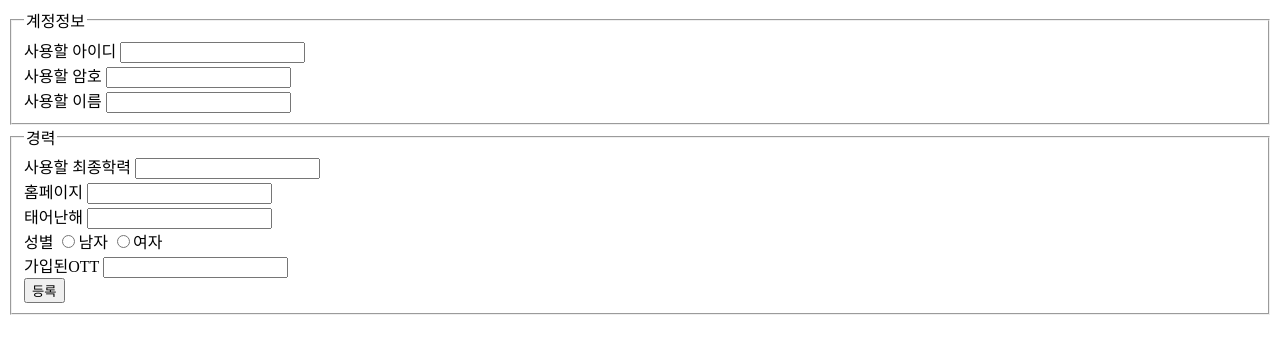
Repository: ybshim90/sesac1
Page: day_20211217_01_web/src/main/webapp/regist.html
The author's editor kept a copy of each file at every save. The page is drawn from the files as they stood at one save, then again after the next save.
The browser window is 1280 px wide. The pictures show the whole page.

Above is the page before, as saved 2021-12-17 05:40:13.

### day_20211217_01_web/src/main/webapp/regist.html
<!DOCTYPE html>
<html>
	<head>
		<meta charset="UTF-8">
		<title>Insert title here</title>
	</head>
	<body>
		<form action="jsp/form1.jsp" method="post">
			<fieldset>
				<legend>계정정보</legend>
				<label> 사용할 아이디
					<input type="text" name="memid">
				</label><br>

				<label for="id_pw">사용할 암호</label>
				<input type="password" name="mempw" id="id_pw"><br>

				사용할 이름
				<input type="text" name="memname"><br>

			</fieldset>

			<fieldset>
				<legend>경력</legend>

				<label>사용할 최종학력
					<input type="search" name="keyword">
				</label><br>

				<label>홈페이지
					<input type="url" name="homepage">
				</label><br>

				<label>태어난해
					<input type="number" name="birthYear"><br>
				</label>

				<label>성별
					<input type="radio" value="male" name="gender">남자
					<input type="radio" value="female" name="gender">여자
				</label><br>

				<label>가입된OTT
					<input type="number" name="birthYear"><br>
				</label>

				<input type="submit" value="등록">
			</fieldset>
		</form>
	</body>
</html>

After the next save:
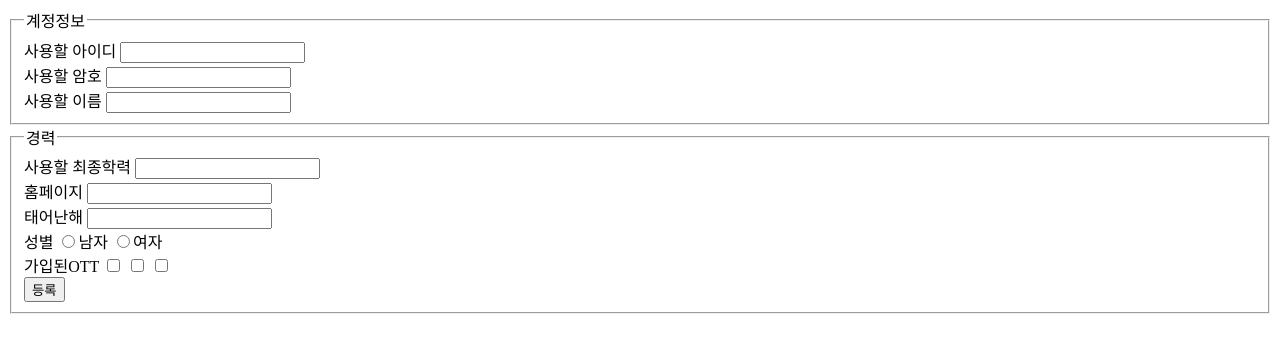
Saved 50 s later.
--- a/day_20211217_01_web/src/main/webapp/regist.html
+++ b/day_20211217_01_web/src/main/webapp/regist.html
@@ -32,8 +32,8 @@
 				</label><br>
 
 				<label>태어난해
-					<input type="number" name="birthYear"><br>
-				</label>
+					<input type="number" name="birthYear">
+				</label><br>
 
 				<label>성별
 					<input type="radio" value="male" name="gender">남자
@@ -41,8 +41,10 @@
 				</label><br>
 
 				<label>가입된OTT
-					<input type="number" name="birthYear"><br>
-				</label>
+					<input type="checkbox" name="ott" value="netflix">
+					<input type="checkbox" name="ott" value="disney">
+					<input type="checkbox" name="ott" value="netflix">
+				</label><br>
 
 				<input type="submit" value="등록">
 			</fieldset>
